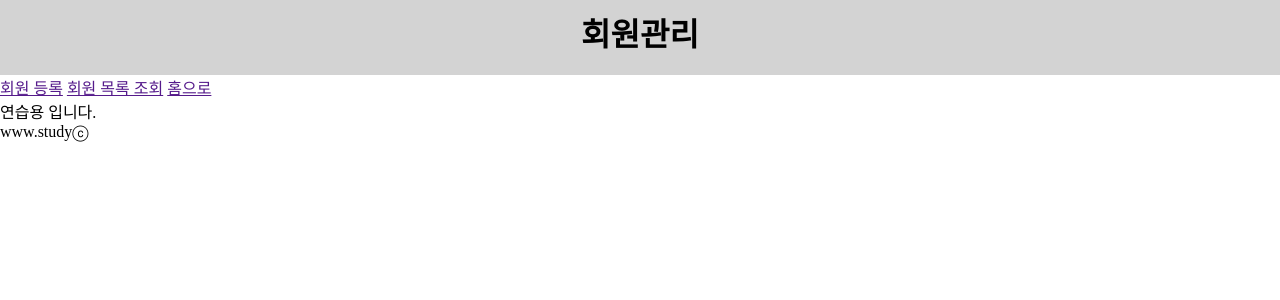
Repository: jieun000/Craftsman_Information_Processing
Page: http://localhost/00_study/
These files come from the project's save history. The page is drawn as it stood at one moment and after the next save; the edit follows.
The browser window is 1280 px wide. The pictures show the whole page.
The page is served by Tomcat 9.

Above is the page before, as saved 2023-07-02 13:17:45.

After the next save:
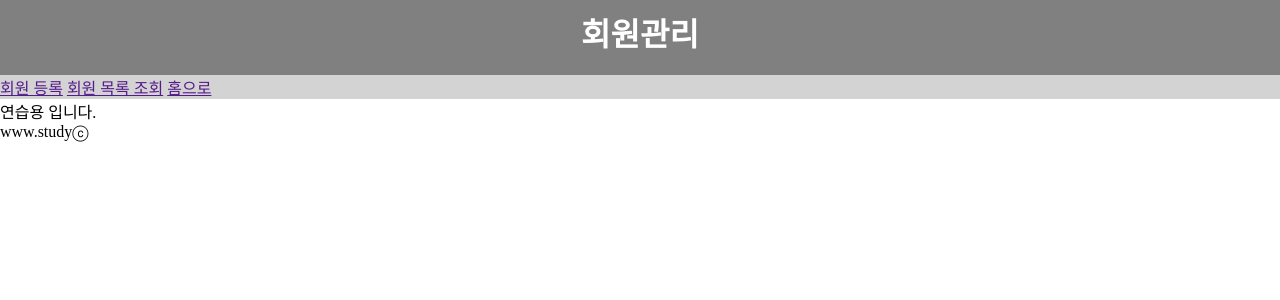
Saved 46 s later.
--- a/00_study/WebContent/index.jsp
+++ b/00_study/WebContent/index.jsp
@@ -13,9 +13,13 @@
 	header {
 		width: 100%;
 		height: 75px;
-		background: lightgray;
+		background: gray;
+		color: white;
 		text-align: center;
 		line-height: 70px;
+	}
+	nav {
+		background: lightgray;
 	}
 </style>
 </head>
